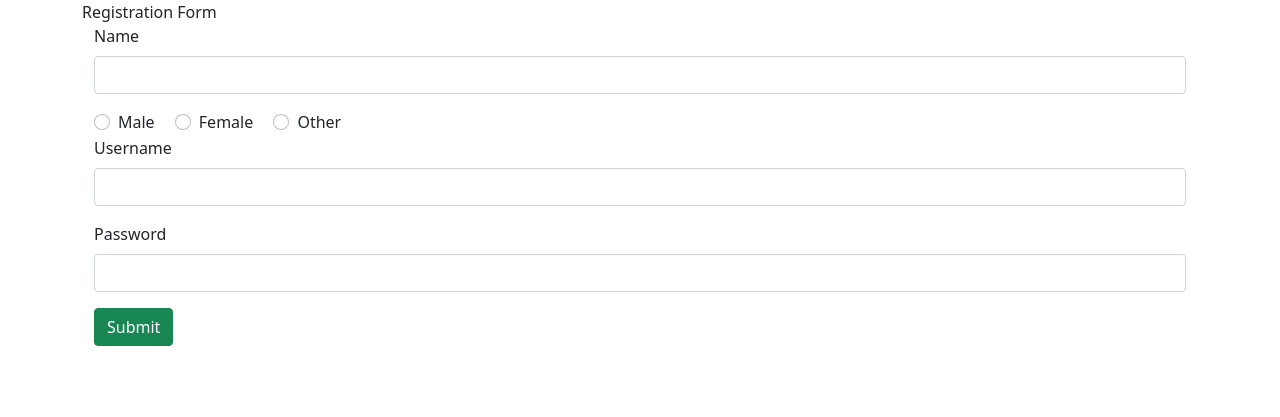
Repository: Raj-Patoliya/Sem-2-JWT
Page: http://localhost/Question_10/Registration.jsp
An editor plug-in stored every save of this project. The page is shown before and after the next save, followed by the edit.
The browser window is 1280 px wide. The pictures show the whole page.
The page is served by Tomcat 9.

Above is the page before, as saved 2022-06-28 09:52:59.

After the next save:
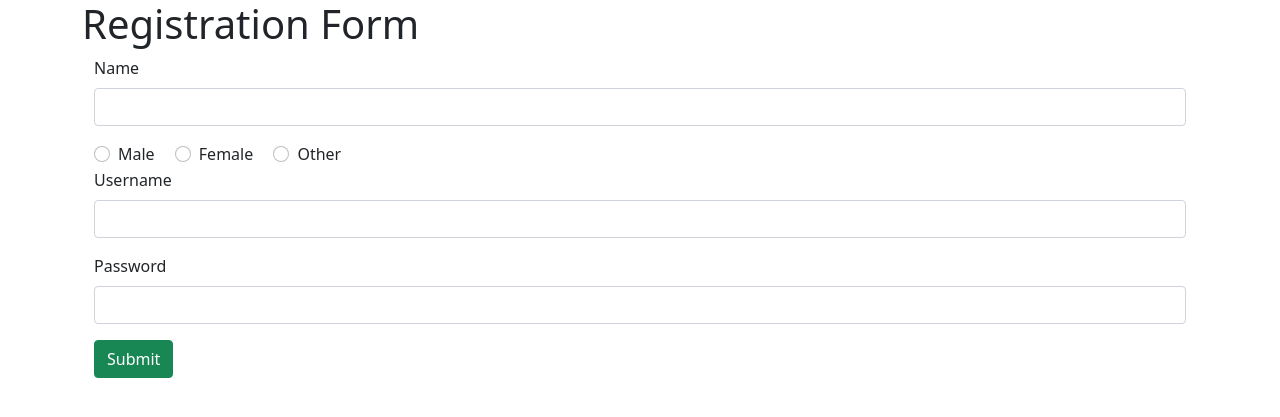
Saved 6 s later.
--- a/Question 10/src/main/webapp/Registration.jsp
+++ b/Question 10/src/main/webapp/Registration.jsp
@@ -14,7 +14,7 @@
 <body>
 
 	<div class="container">
-		<div>Registration Form</div>
+		<div class="h1">Registration Form</div>
 		<div class="container md-2">
 			<form action="MyDBProject" method="post">
 				<div class="mb-3">
